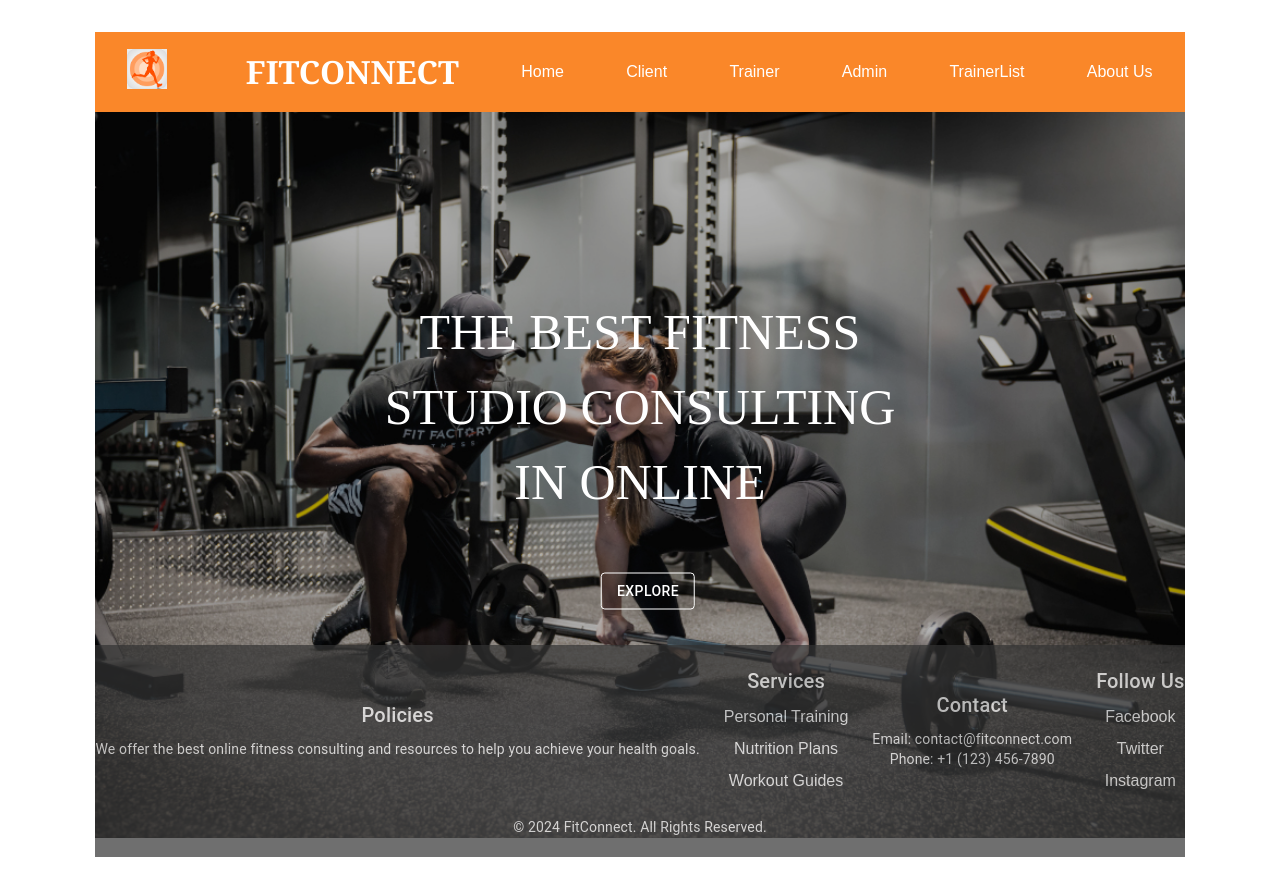
Repository: sarathraj2002/fitconnect
Page: / (app in Frontend/)
The author's editor kept a copy of each file at every save. The page is drawn from the files as they stood at one save, then again after the next save.
The browser window is 1280 px wide. The pictures show the whole page.
The project was rebuilt for these pictures with package versions that can differ from the ones it lists, and the page was loaded fresh each time. Also part of the build but not shown: Frontend/vite.config.js, Frontend/src/components/ClientPage.jsx, Frontend/src/components/TrainerPage.jsx, Frontend/src/components/AdminPage.css, Frontend/src/components/AdminPage.jsx, Frontend/src/components/TrainerListPage.jsx, Frontend/src/components/AboutUs.jsx, Frontend/src/components/ClientRegister.css and 5 more.

Above is the page before, as saved 2024-11-17 22:42:00.

### Frontend/index.html
<!doctype html>
<html lang="en">
  <head>
    <meta charset="UTF-8" />
    <link rel="icon" type="image/svg+xml" href="/vite.svg" />
    <meta name="viewport" content="width=device-width, initial-scale=1.0" />
    <title>FitConnect</title>
  </head>
  <body>
    <div id="root"></div>
    <script type="module" src="/src/main.jsx"></script>
  </body>
</html>

### Frontend/src/App.jsx
import React from 'react';
import { useState } from 'react'
import './App.css'
import { Route, Routes } from 'react-router-dom';
import NavBar from './components/NavBar';
import ClientPage from './components/ClientPage.jsx';
import TrainerPage from './components/TrainerPage';
import AdminPage from './components/AdminPage';
import TrainerListPage from './components/TrainerListPage';
import AboutUs from './components/AboutUs.jsx';
import Home from './components/Home.jsx';
import ClientRegister from './components/ClientRegister.jsx';
import Blog from './components/Blog.jsx';
import TrainerRegister from './components/TrainerRegister.jsx';
import TrainerProfile from './components/TrainerProfile.jsx';

function App() {
  const [count, setCount] = useState(0)

  return (
    <>


      <NavBar />
      <Routes>
        <Route path="/" element={<Home />}></Route>
        <Route path="/client" element={<ClientPage />}></Route>
        <Route path="/trainer" element={<TrainerPage />} ></Route>
        <Route path="/admin" element={<AdminPage />}></Route>
        <Route path="/trainerlist" element={<TrainerListPage />}></Route>
        <Route path="/about" element={<AboutUs />}></Route>
        <Route path="/register" element={<ClientRegister />}></Route>
        <Route path="/trainerregister" element={<TrainerRegister />}></Route>
        <Route path="/blog" element={<Blog/>}></Route>
        <Route path="/profile" element={<TrainerProfile />}></Route>

      </Routes>



    </>
  )
}

export default App

### Frontend/src/components/Navbar.jsx
import React from 'react';
import { Link } from 'react-router-dom';
import './navbar.css';
import { assets } from '../assets/assets';
const Navbar = () => {
  return (
     <nav className="navbar">
    {/* Logo */}
    <div className="navbar-logo">
      <img src={assets.logo} alt="Logo" />
    </div>
    <div className='head'>
     <b> FITCONNECT</b>
    </div>


        <Link to="/" style={{textDecoration:'none',color:'white'}}>Home</Link>
        <Link to="/client" style={{textDecoration:'none',color:'white'}}>Client</Link>
        <Link to="/trainer" style={{textDecoration:'none',color:'white'}}>Trainer</Link>
        <Link to="/admin" style={{textDecoration:'none',color:'white'}}>Admin</Link>
        <Link to="/trainerlist" style={{textDecoration:'none',color:'white'}}>TrainerList</Link>
        <Link to="/about" style={{textDecoration:'none',color:'white'}}>About Us</Link>

    </nav>
  );
};

export default Navbar;

### Frontend/src/components/Home.jsx
import React from 'react'
import { assets } from '../assets/assets'
import Button from '@mui/material/Button';
import { Stack } from '@mui/material';
import { Link, useNavigate } from 'react-router-dom';
import Footer from './Footer';

const Home = () => {

  const navigate=useNavigate()

  return (

    <>

    <div className='img' style={{ position: 'relative', textAlign: 'center' }}>

    <img
      style={{  width: '100%',filter: 'brightness(70%)' }}
      src={assets.head1}
      alt=""
    />
    <p
      style={{
        position: 'absolute',
        top: '50%',
        left: '50%',
        transform: 'translate(-50%, -50%)',
        color: 'white',
        fontSize: '50px',

        fontFamily:'fantasy'
      }}
    >
      THE BEST FITNESS STUDIO CONSULTING IN ONLINE
      <Stack spacing={2} direction="row" alignItems="center"
      justifyContent="center"
      style={{ height: '20vh' }} >

      <Link to="/blog" style={{ textDecoration: 'none' }}></Link>
      <Button onClick={()=>navigate('/blog')} variant="outlined" sx={{ color: 'white', borderColor: 'white' }}>EXPLORE </Button>
    </Stack>

    </p>




    </div>
    <Footer />
    </>
  )
}

export default Home;

### Frontend/src/components/Navbar.css
* {
  margin: 0;
  padding: 0;
  box-sizing: border-box;
}

body {
  font-family: Arial, sans-serif;
}

.navbar {
  display: flex;
  align-items: center;
  justify-content: space-between;
  background-color: #fa8729;
  padding: 1rem 2rem;
  color: white;
  width: 100%;
}

.navbar-logo img {
  height: 40px;
  width: auto;
}

.head {
  font-size: xx-large;
  font-family: Georgia, 'Times New Roman', Times, serif;
  color: white;
  margin-left: 1rem;
}

.navbar-links {
  display: flex;
  gap: 1.5rem;
  list-style: none;
  margin-left: auto; /* Align links to the right */
}

.navbar-links a {
  text-decoration: none;
  color: white;
  font-size: 1rem;
  transition: color 0.3s ease;
}

.navbar-links a:hover {
  color: #ec7819;
}

.navbar-toggle {
  display: none;
  font-size: 1.5rem;
  color: white;
  cursor: pointer;
}

/* Mobile view adjustments */
@media (max-width: 768px) {
  .navbar {
      flex-direction: column;
      align-items: flex-start;
  }

  .navbar-links {
      display: none;
      flex-direction: column;
      width: 100%;
      background-color: #fa8729;
      position: absolute;
      top: 100%;
      left: 0;
      padding: 1rem 2rem;
      border-radius: 0;
  }

  .navbar-links.open {
      display: flex;
  }

  .navbar-toggle {
      display: block;
  }

  .head {
      margin-left: 0;
      margin-bottom: 1rem;
  }
}

### Frontend/src/assets/assets.js
import logo from './logo.png';
import head1 from './head1.png'

export const assets={
    logo,
    head1
};

### Frontend/src/components/Footer.jsx

import React from 'react';
import { Box, Typography, Link, Stack } from '@mui/material';

const Footer = () => {
  return (
    <Box
      component="footer"
      sx={{
        backgroundColor: '#333',
        opacity:'70%',
        color: 'white',
        padding: '20px 0',
        textAlign: 'center',
        mt: -25
      }}
    >
      <Stack
        direction={{ xs: 'column' ,sm:'row' }}
        spacing={3}
        justifyContent="center"
        alignItems="center"
      >

        <Box>
          <Typography variant="h6">Policies</Typography>
          <Typography variant="body2" sx={{ mt: 1 }}>
            We offer the best online fitness consulting and resources to help you achieve your health goals.
          </Typography>
        </Box>


        <Box>
          <Typography variant="h6">Services</Typography>
          <Link href="/services" color="inherit" underline="none" sx={{ display: 'block', mt: 1 }}>
            Personal Training
          </Link>
          <Link href="/services" color="inherit" underline="none" sx={{ display: 'block', mt: 1 }}>
            Nutrition Plans
          </Link>
          <Link href="/services" color="inherit" underline="none" sx={{ display: 'block', mt: 1 }}>
            Workout Guides
          </Link>
        </Box>


        <Box>
          <Typography variant="h6">Contact</Typography>
          <Typography variant="body2" sx={{ mt: 1 }}>Email: contact@fitconnect.com</Typography>
          <Typography variant="body2">Phone: +1 (123) 456-7890</Typography>
        </Box>


        <Box>
          <Typography variant="h6">Follow Us</Typography>
          <Link href="https://facebook.com" color="inherit" underline="none" sx={{ display: 'block', mt: 1 }}>
            Facebook
          </Link>
          <Link href="https://twitter.com" color="inherit" underline="none" sx={{ display: 'block', mt: 1 }}>
            Twitter
          </Link>
          <Link href="https://instagram.com" color="inherit" underline="none" sx={{ display: 'block', mt: 1 }}>
            Instagram
          </Link>
        </Box>
      </Stack>


      <Typography variant="body2" sx={{ mt: 3 }}>
        &copy; {new Date().getFullYear()} FitConnect. All Rights Reserved.
      </Typography>
    </Box>
  );
};

export default Footer;

Loaded but not shown: Frontend/src/main.jsx (common file); Frontend/src/index.css (common file); Frontend/src/App.css (common file)

After the next save:
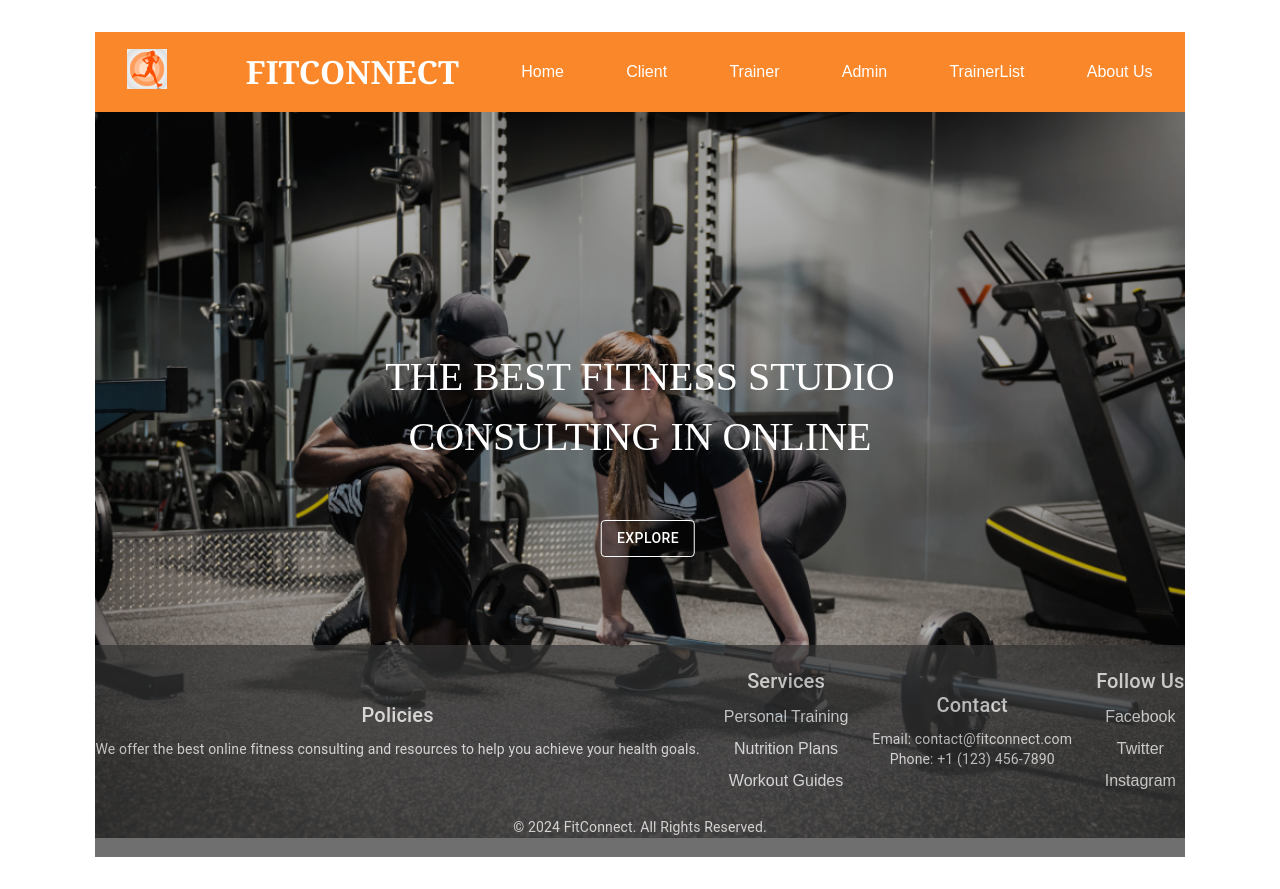
Saved 15 s later.
--- a/Frontend/src/components/Home.jsx
+++ b/Frontend/src/components/Home.jsx
@@ -27,7 +27,7 @@ const Home = () => {
         left: '50%',
         transform: 'translate(-50%, -50%)',
         color: 'white',
-        fontSize: '50px',
+        fontSize: '40px',
 
         fontFamily:'fantasy'
       }}
